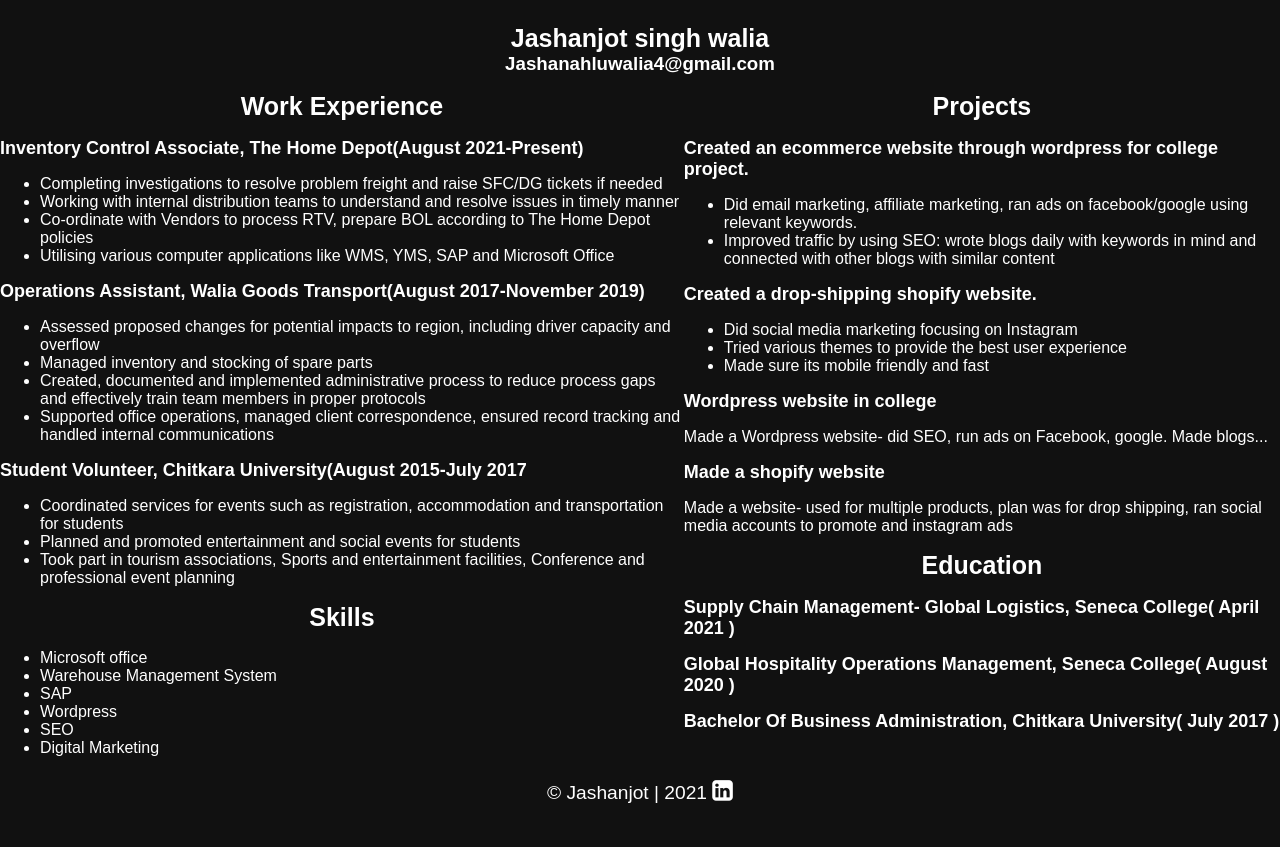
Repository: jashn13/portfolio
Page: index.html
These files come from the project's save history. The page is drawn as it stood at one moment and after the next save; the edit follows.
The browser window is 1280 px wide. The pictures show the whole page.

Above is the page before, as saved 2021-11-13 08:57:22.

### index.html
<!DOCTYPE html>
<html>
  <head>
    <link
      rel="stylesheet"
      href="https://cdnjs.cloudflare.com/ajax/libs/font-awesome/4.7.0/css/font-awesome.min.css"
    />
    <style>
      .heading {
        margin: auto;
        text-align: center;
      }
      h1 {
        text-align: center;
        font-size: 25px;
      }
      h2 {
        text-align: left;
        font-size: 18px;
      }

      body {
        margin: 24px 0px;
        font-family: Arial;
        color: white;
        background-color: #111;
      }
      a {
        color: inherit;
      }

      .centered {
        position: absolute;
        top: 50%;
        left: 50%;
        transform: translate(-50%, -50%);
        text-align: center;
      }
      footer {
        position: relative;

        height: 50px;
        width: 100%;
      }

      p.copyright {
        position: absolute;
        width: 100%;
        color: #fff;
        font-size: 1.2em;
        text-align: center;
        bottom: 0;
      }
    </style>
  </head>
  <body>
    <h1 class="heading">Jashanjot singh walia</h1>
    <h3 class="heading">Jashanahluwalia4@gmail.com</h3>
    <div style="display: flex;">
      <div class="split left">
        <h1>Work Experience</h1>
        <h2>
          Inventory Control Associate, The Home Depot(August 2021-Present)
        </h2>
        <ul>
          <li>
            Completing investigations to resolve problem freight and raise
            SFC/DG tickets if needed
          </li>
          <li>
            Working with internal distribution teams to understand and resolve
            issues in timely manner
          </li>
          <li>
            Co-ordinate with Vendors to process RTV, prepare BOL according to
            The Home Depot policies
          </li>
          <li>
            Utilising various computer applications like WMS, YMS, SAP and
            Microsoft Office
          </li>
        </ul>
        <h2>
          Operations Assistant, Walia Goods Transport(August 2017-November 2019)
        </h2>
        <ul>
          <li>
            Assessed proposed changes for potential impacts to region, including
            driver capacity and overflow
          </li>
          <li>Managed inventory and stocking of spare parts</li>
          <li>
            Created, documented and implemented administrative process to reduce
            process gaps and effectively train team members in proper protocols
          </li>
          <li>
            Supported office operations, managed client correspondence, ensured
            record tracking and handled internal communications
          </li>
        </ul>

        <h2>Student Volunteer, Chitkara University(August 2015-July 2017</h2>
        <ul>
          <li>
            Coordinated services for events such as registration, accommodation
            and transportation for students
          </li>
          <li>
            Planned and promoted entertainment and social events for students
          </li>
          <li>
            Took part in tourism associations, Sports and entertainment
            facilities, Conference and professional event planning
          </li>
        </ul>
        <h1>Skills</h1>
        <ul>
          <li>Microsoft office</li>
          <li>Warehouse Management System</li>
          <li>SAP</li>
          <li>Wordpress</li>
          <li>SEO</li>
          <li>Digital Marketing</li>
        </ul>
      </div>

      <div class="split right">
        <h1>Projects</h1>
        <h2>
          Created an ecommerce website through wordpress for college project.
        </h2>
        <ul>
          <li>
            Did email marketing, affiliate marketing, ran ads on facebook/google
            using relevant keywords.
          </li>
          <li>
            Improved traffic by using SEO: wrote blogs daily with keywords in
            mind and connected with other blogs with similar content
          </li>
        </ul>

        <h2>Created a drop-shipping shopify website.</h2>
        <ul>
          <li>Did social media marketing focusing on Instagram</li>
          <li>Tried various themes to provide the best user experience</li>
          <li>Made sure its mobile friendly and fast</li>
        </ul>
        <h2>Wordpress website in college</h2>

        <p>
          Made a Wordpress website- did SEO, run ads on Facebook, google. Made
          blogs...
        </p>
        <h2>Made a shopify website</h2>
        <p>
          Made a website- used for multiple products, plan was for drop
          shipping, ran social media accounts to promote and instagram ads
        </p>
        <h1>Education</h1>
        <h2>
          Supply Chain Management- Global Logistics, Seneca College( April 2021
          )
        </h2>
        <h2>
          Global Hospitality Operations Management, Seneca College( August 2020
          )
        </h2>
        <h2>
          Bachelor Of Business Administration, Chitkara University( July 2017 )
        </h2>
      </div>
    </div>
    <footer>
      <p class="copyright">
        © Jashanjot | 2021
        <a href="https://linkedin.com/in/jashanjot-singh-walia" target="_blank"
          ><i
            class="fa fa-linkedin-square"
            style="font-size:24px;cursor: icon;"
          ></i
        ></a>
      </p>
    </footer>
  </body>
</html>

After the next save:
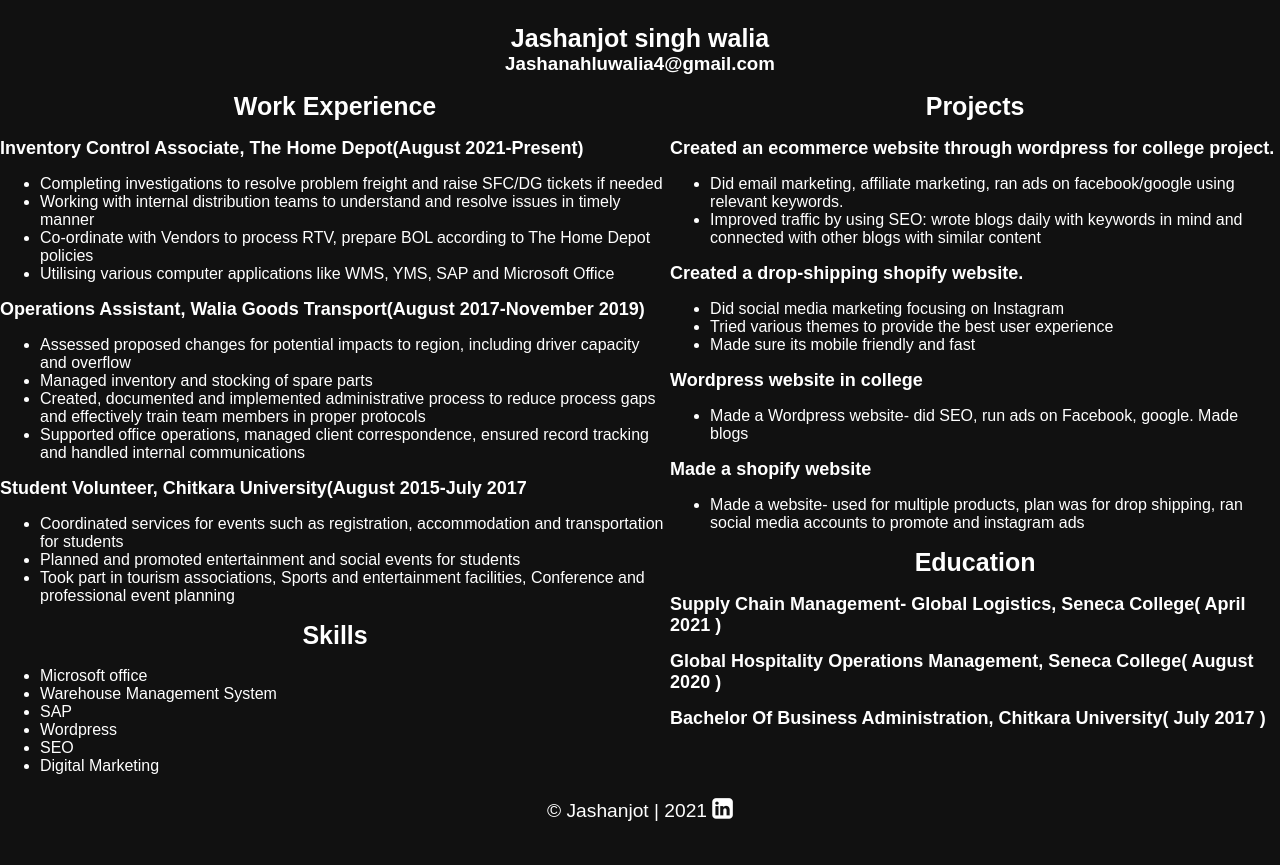
Saved 103 s later.
--- a/index.html
+++ b/index.html
@@ -148,15 +148,19 @@
         </ul>
         <h2>Wordpress website in college</h2>
 
-        <p>
-          Made a Wordpress website- did SEO, run ads on Facebook, google. Made
-          blogs...
-        </p>
+        <ul>
+          <li>
+            Made a Wordpress website- did SEO, run ads on Facebook, google. Made
+            blogs
+          </li>
+        </ul>
         <h2>Made a shopify website</h2>
-        <p>
-          Made a website- used for multiple products, plan was for drop
-          shipping, ran social media accounts to promote and instagram ads
-        </p>
+        <ul>
+          <li>
+            Made a website- used for multiple products, plan was for drop
+            shipping, ran social media accounts to promote and instagram ads
+          </li>
+        </ul>
         <h1>Education</h1>
         <h2>
           Supply Chain Management- Global Logistics, Seneca College( April 2021
